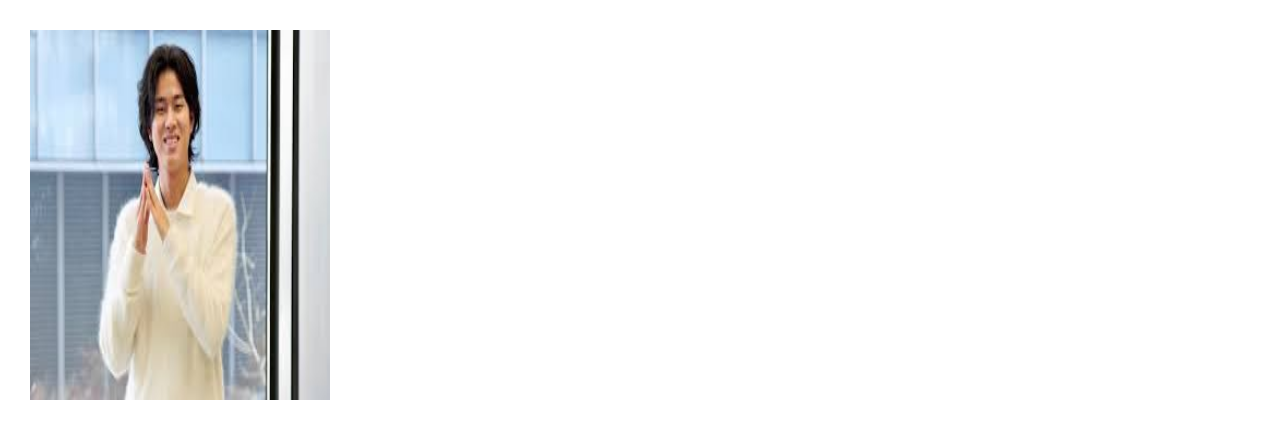
Repository: Migorithm/front_work
Page: front05_JQuery/src/main/webapp/3_event/jq12_slideToggle.html
An editor plug-in stored every save of this project. The page is shown before and after the next save, followed by the edit.
The browser window is 1280 px wide. The pictures show the whole page.
After loading, the first visible `a.image` was clicked once.

Above is the page before, as saved 2021-09-06 03:22:14.

After the next save:
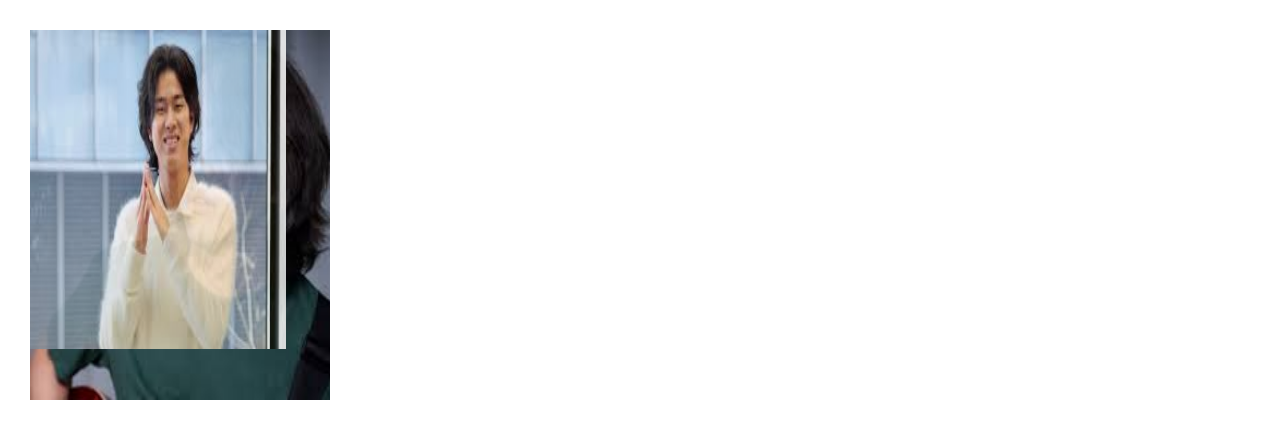
Saved 19 s later.
--- a/front05_JQuery/src/main/webapp/3_event/jq12_slideToggle.html
+++ b/front05_JQuery/src/main/webapp/3_event/jq12_slideToggle.html
@@ -24,7 +24,7 @@
 			//a태그의 기본적인 이미지를 막아야 http://jqeury.com으로 이동하지 않을 것.
 			//-> preventDefault()
 			event.preventDefault();
-			$(this).next().show()
+			$(this).next().show(2000);
 
 		})
 
